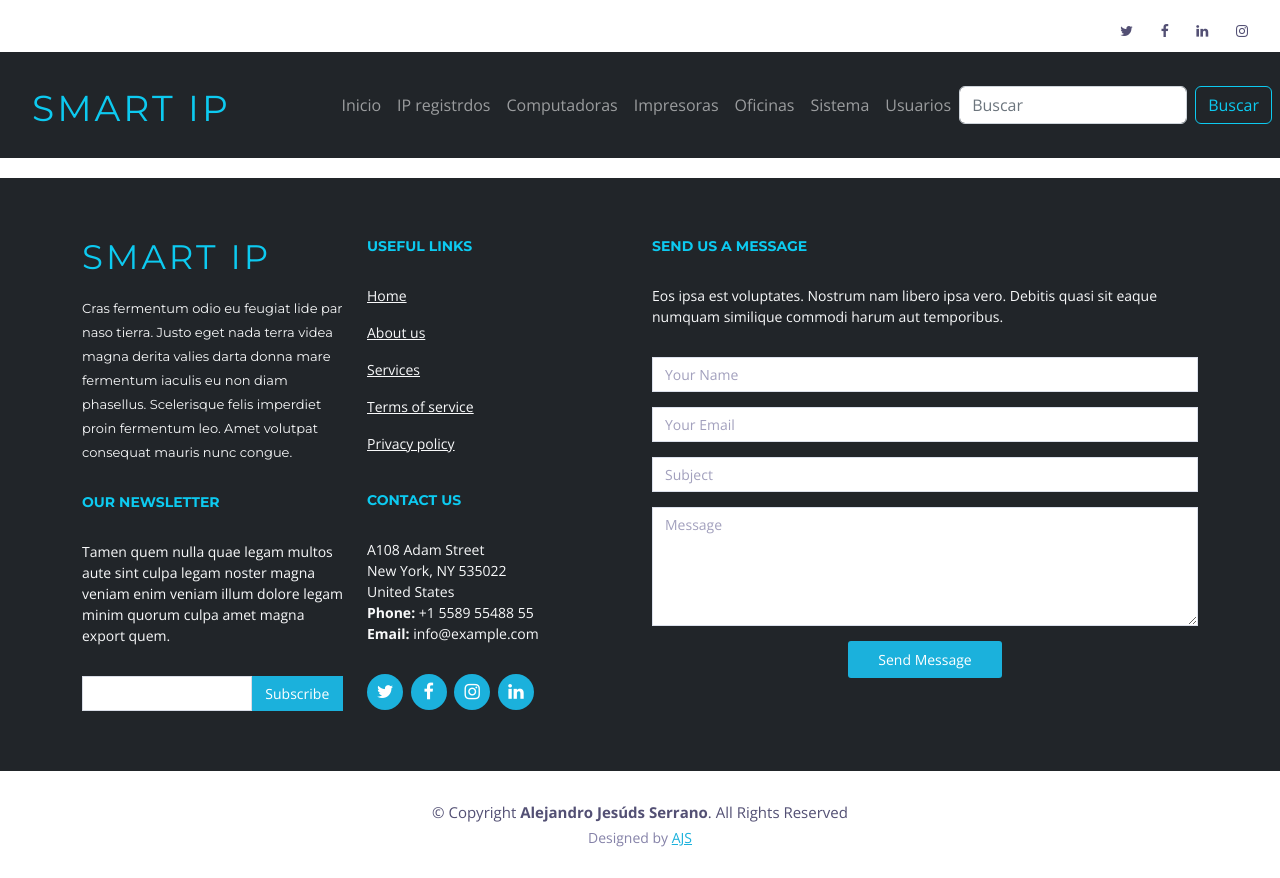
Repository: AlejandroJesusSerrano/SmartIPs
Page: smartip/smartipnav/templates/smartipnav/printer_form.html
An editor plug-in stored every save of this project. The page is shown before and after the next save, followed by the edit.
The browser window is 1280 px wide. The pictures show the whole page.
The page is served by the project's application, run on Django 4.2 (smartip/manage.py). The template is opened directly, without the code that normally fills it, so the values that code supplies are empty.

Above is the page before, as saved 2022-11-12 20:40:00.

After the next save:
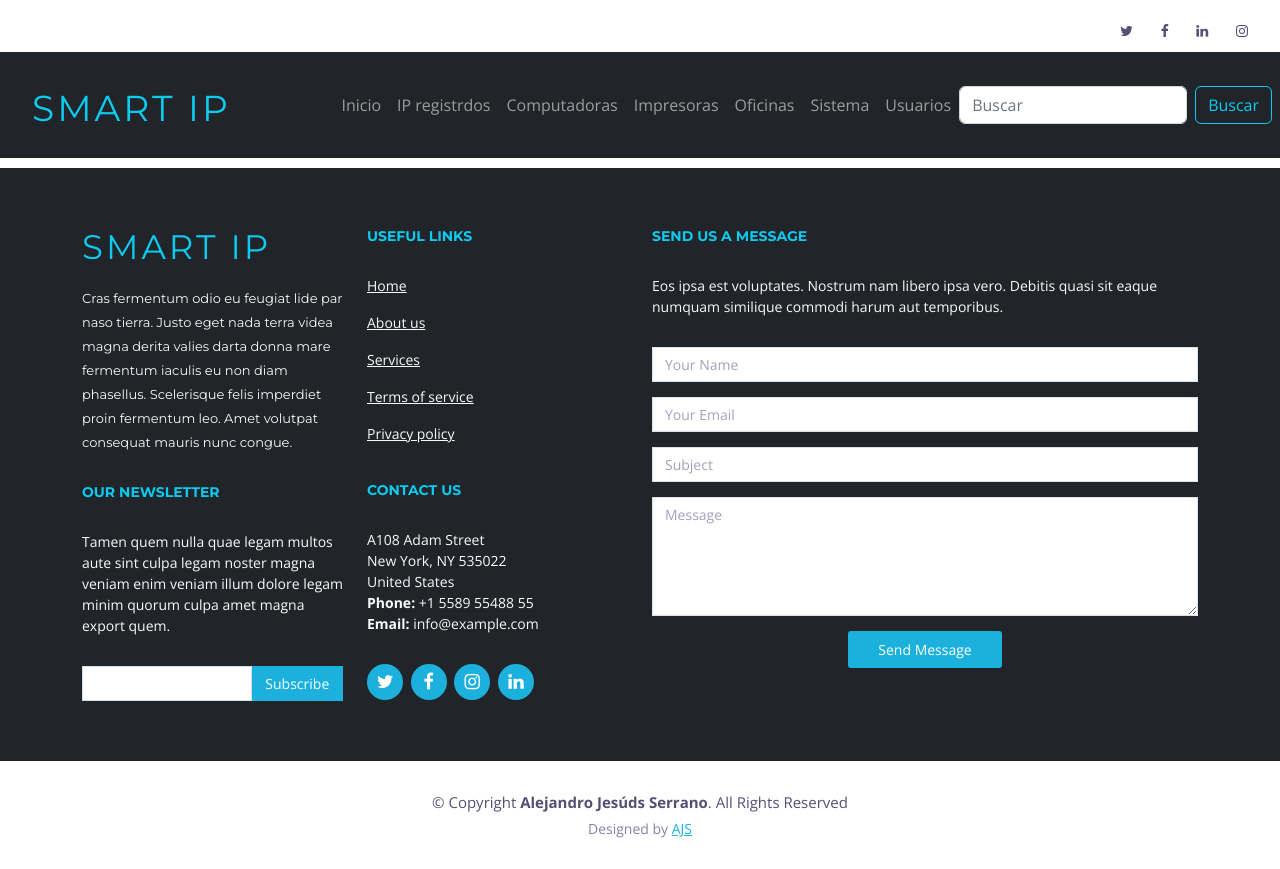
Saved 34 s later.
--- a/smartip/smartipnav/templates/smartipnav/printer_form.html
+++ b/smartip/smartipnav/templates/smartipnav/printer_form.html
@@ -2,6 +2,6 @@
 
 {% block content %}
 
-    <h1>Pagina para agregar impresoras</h1>
+    <h2>Pagina para agregar impresoras</h2>
 
 {% endblock %}
